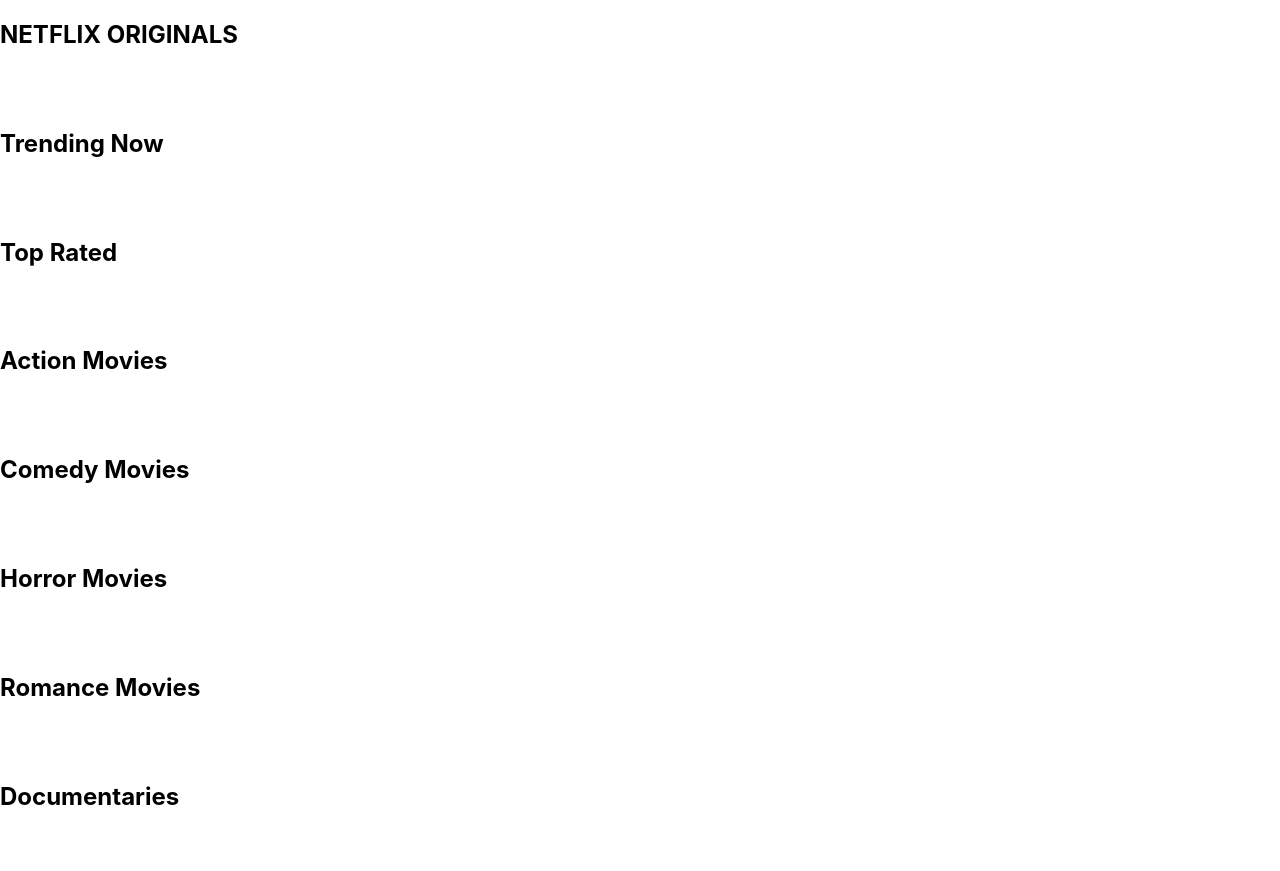
Repository: Aaasifsheikh/netflix-clone
Page: /
An editor plug-in stored every save of this project. The page is shown before and after the next save, followed by the edit.
The browser window is 1280 px wide. The pictures show the part of the page from y = 448 to 1319 px (the page is 1319 px tall).
The page's requests for data from a server got no answer. The project was rebuilt for these pictures with package versions that can differ from the ones it lists, and the page was loaded fresh each time. No one was signed in, and anything a server would have sent is missing.

Above is the page before, as saved 2020-11-20 09:20:34.

After the next save:
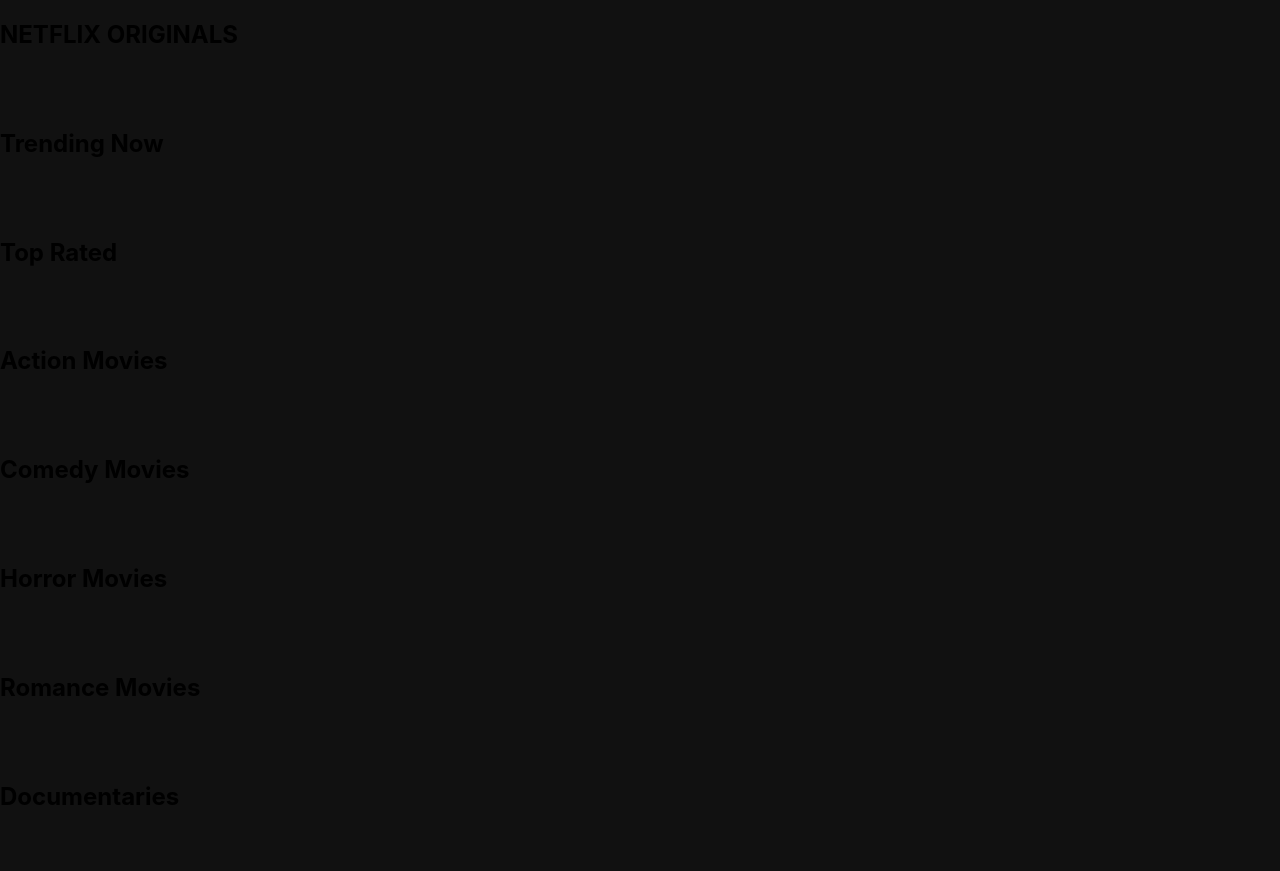
Saved 4 s later.
--- a/src/App.css
+++ b/src/App.css
@@ -1,3 +1,3 @@
 .App {
-back
+background-color: #111;
 }
